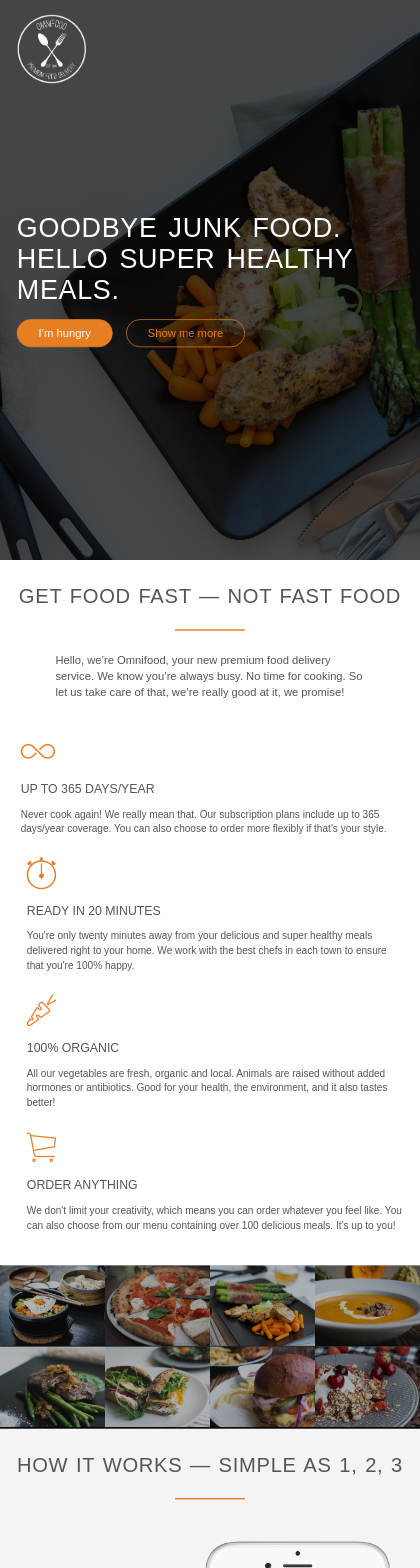
Repository: pboi18/E-Foods
Page: index.html
An editor plug-in stored every save of this project. The page is shown before and after the next save, followed by the edit.
The browser window is 600 px wide. The pictures show the part of the page from y = 0 to 2240 px (the page is 8419 px tall), at 70% of full size.
Backgrounds fixed to the window are drawn as part of the page.

Above is the page before, as saved 2020-07-20 11:40:34.

After the next save:
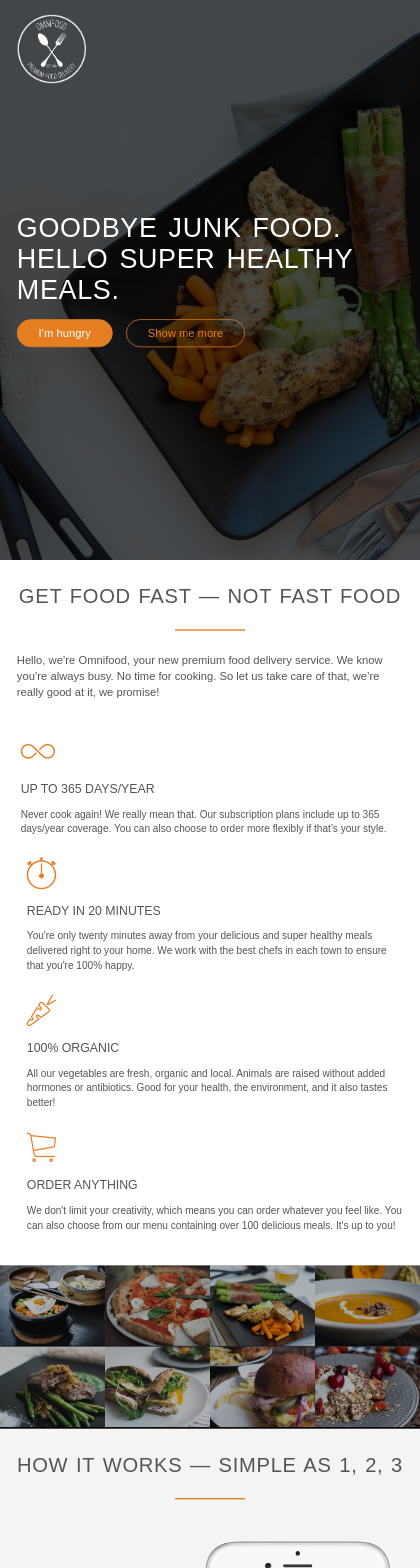
Saved 3 min 19 s later.
--- a/resources/css/quaries.css
+++ b/resources/css/quaries.css
@@ -84,6 +84,11 @@
     .main-nav {
         display: none;
     }
+
+    .long-copy {
+        width: 100%;
+        margin-left: 0%;
+    }
 }
 
 
